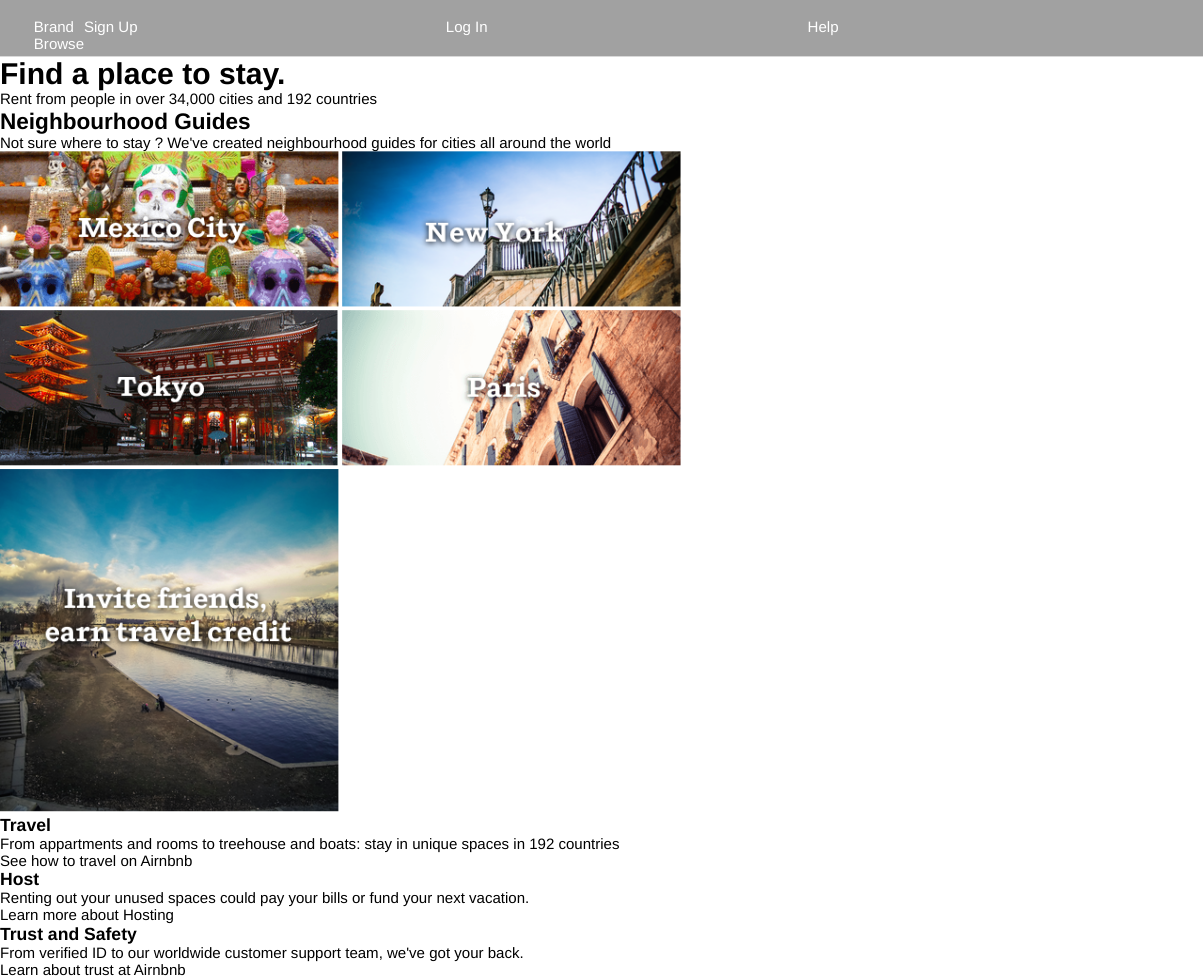
Repository: Naohonproject/web101x02-asm3
Page: Project3.html
The author's editor kept a copy of each file at every save. The page is drawn from the files as they stood at one save, then again after the next save.
The browser window is 1280 px wide. The pictures show the whole page, at 94% of full size.

Above is the page before, as saved 2022-01-21 23:21:43.

After the next save:
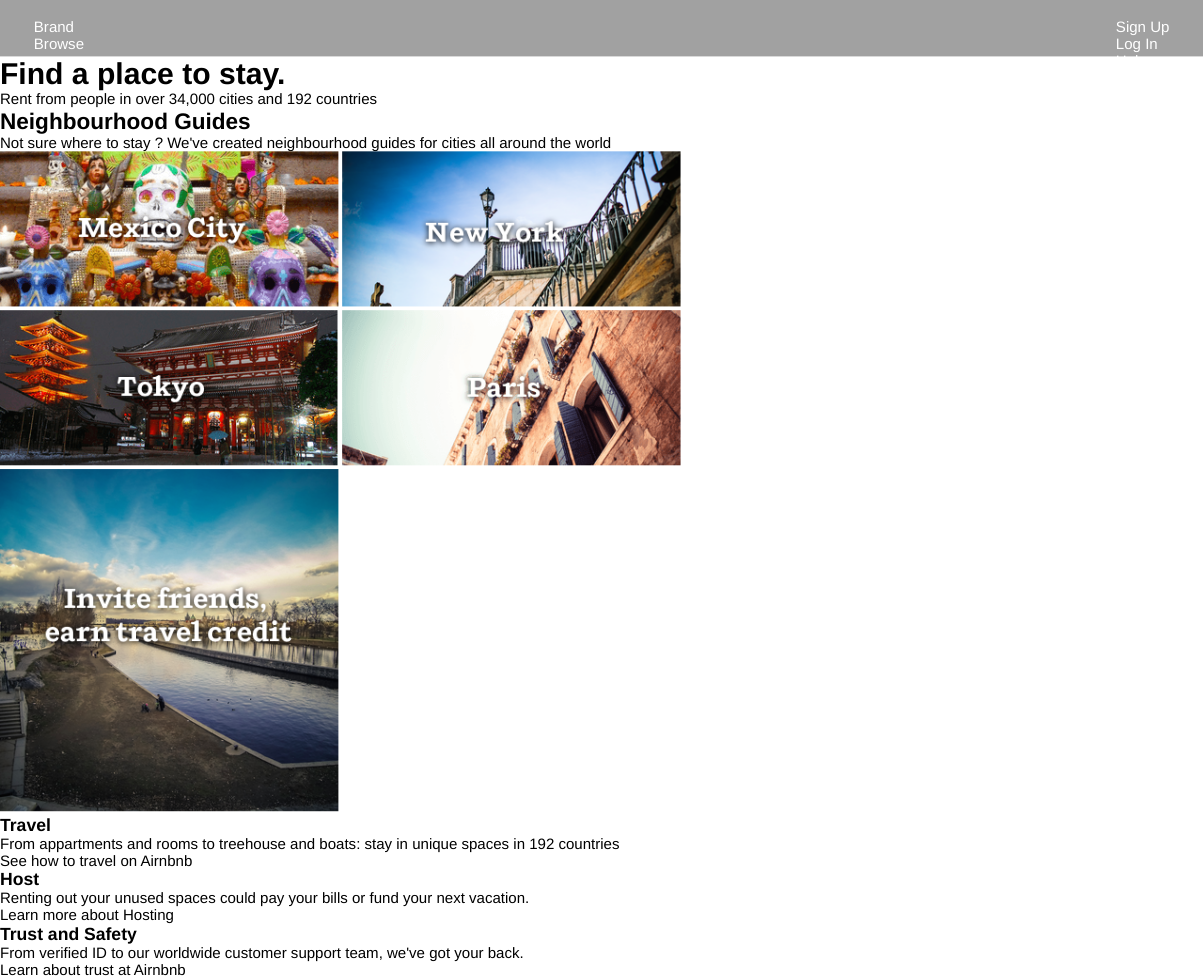
Saved 31 s later.
--- a/Project3.html
+++ b/Project3.html
@@ -25,17 +25,20 @@
 						</div>
 					</div>
 
-					<div class="nav-item">
-						<a href="Signup.html" target="_blank">Sign Up</a>
+					<div class="right-col">
+						<div class="nav-item">
+							<a href="Signup.html" target="_blank">Sign Up</a>
+						</div>
+
+						<div class="nav-item">
+							<a href="login.html" target="_blank">Log In</a>
+						</div>
+
+						<div class="nav-item">
+							<a href="#" target="_blank">Help</a>
+						</div>
 					</div>
 
-					<div class="nav-item">
-						<a href="login.html" target="_blank">Log In</a>
-					</div>
-
-					<div class="nav-item">
-						<a href="#" target="_blank">Help</a>
-					</div>
 
 				</div>
 			</div>
